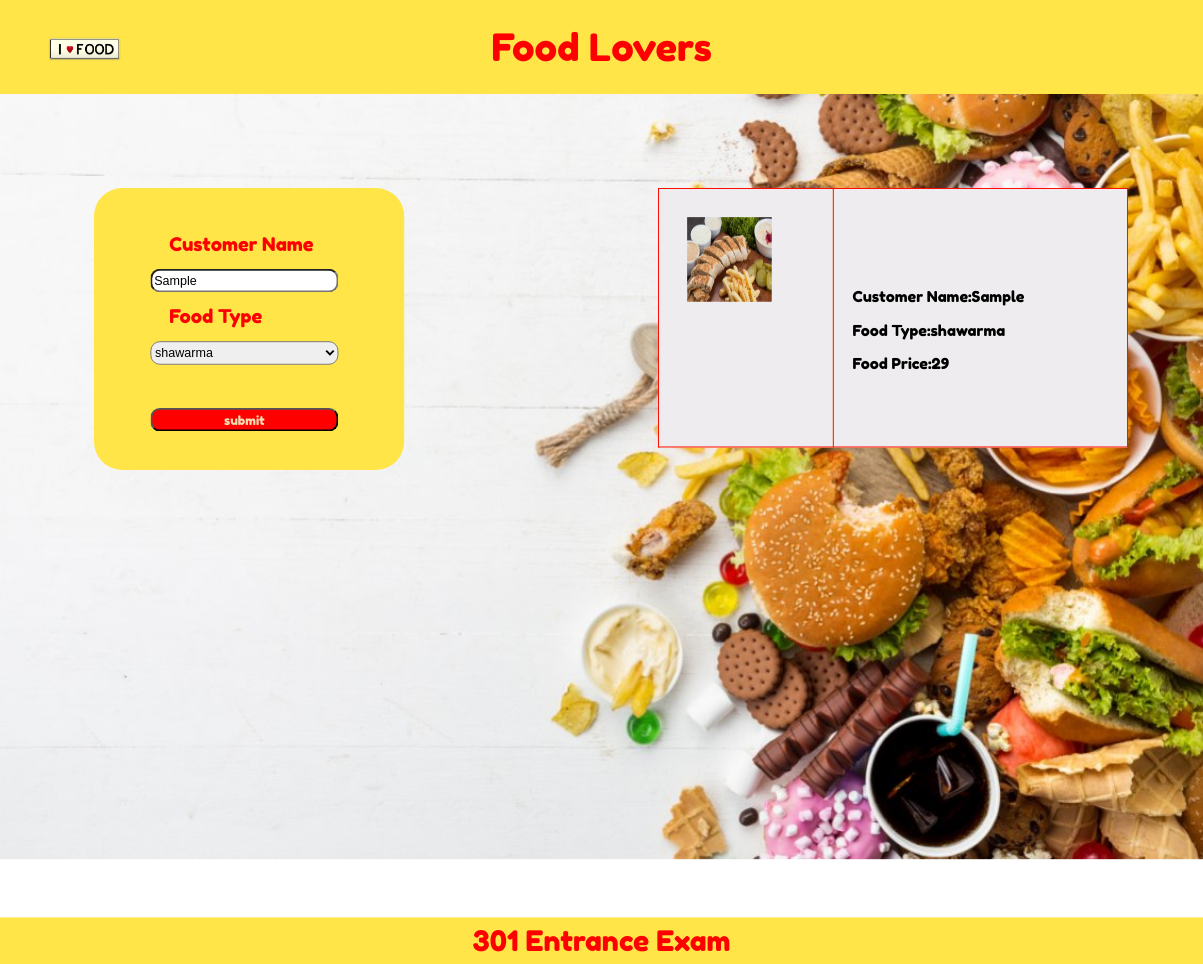
Repository: Razan-am/foodLovers
Page: index.html
The author's editor kept a copy of each file at every save. The page is drawn from the files as they stood at one save, then again after the next save.
The browser window is 1280 px wide. The pictures show the whole page, at 94% of full size.
Empty fields were first filled with sample values (such as "Sample", 5 or name@example.com).
After loading, the first visible `#myForm` was submitted once.

Above is the page before, as saved 2021-06-01 12:26:53.

### index.html
<!DOCTYPE html>
<html lang="en">

<head>
    <meta charset="UTF-8">
    <meta http-equiv="X-UA-Compatible" content="IE=edge">
    <meta name="viewport" content="width=device-width, initial-scale=1.0">
    <title>Food Lovers</title>
    <link rel="preconnect" href="https://fonts.gstatic.com">
    <link href="https://fonts.googleapis.com/css2?family=Fredoka+One&display=swap" rel="stylesheet">
    <link rel="stylesheet" href="css/reset.css">
    <link rel="stylesheet" href="css/style.css">
</head>

<body>
    <header>
        <h1>Food Lovers</h1>
        <img src="images/css images/logo.png" alt="logo">
    </header>
    <main>
        <form action="" id="myForm">
            <fieldset>
                <label for="name">Customer Name</label>
                <br/><br/>
                <input type="text" id="name" name="name">
                <br/><br/>
                <label for="food">Food Type</label>
                <br/><br/>
                <select name="food" id="food">
                    <option value="shawarma">shawarma</option>
                    <option value="pizza">pizza</option>
                    <option value="burger">burger</option>
                </select>
                <br/><br/>
                <input type="submit" value="submit">
            </fieldset>
        </form>
        <table id="myTable">
            <!-- <tr>
                <th>Order Images</th>
                <th>Order Details</th>
            </tr> -->
        </table>
        <img src="images/css images/background.jpg" alt="backGround" id="main"/>
    </main>
    <footer>
        <p>301 Entrance Exam </p>
    </footer>
    <script src="js/app.js"></script>
</body>

</html>

### css/style.css
*{
    box-sizing: border-box;
}
header{
    background-color: rgba(255, 229, 72, 255);
    height: 100px;
}
h1{
    font-family: 'Fredoka One', cursive;
    color: red;
    text-align: center;
    font-size: 40px;
    font-weight: lighter;
    padding-top: 30px;
}

header img{
    top: 2px;
    left: 30px;
    position: absolute;
    width: 120px;
    height: 100px;
}
#main{
    top: 50px;
    position: absolute;
    z-index: -1;
    width: 100%;
    height: 120%;
}
form{
    display: inline-block;
    background-color:  rgba(255, 229, 72, 255);
    margin-top: 100px;
    margin-left: 100px;
    width: 330px;
    height: 300px;
    border-radius: 30px;
}
form label{
    top: 50px;
    position: relative;
    padding-left: 80px;
    font-size: 20px;
    color: red;
    font-family: 'Fredoka One', cursive;
}
form input{
    top: 50px;
    position: relative;
    margin-left: 60px;
    width: 200px;
    height: 25px;
    border-radius: 10px;
}
form select{
    top: 50px;
    position: relative;
    margin-left: 60px;
    width: 200px;
    height: 25px;
    border-radius: 10px;
    margin-bottom: 30px;
}
form input:last-of-type{
    background-color: red;
    color: wheat;
    font-family: 'Fredoka One', cursive;
}
table{
    background-color: rgba(255, 229, 72, 255) ;
    top: -300px;
    position: relative;
    margin-left: 700px;
    width: 500px;
    /* border-radius: 10px; */

}
table th{

    margin-top: 20px;
    margin-left: 30px;
    border: 1px solid red;
    font-size: 20px;
    text-align: center;

}
table td{

    border: 1px solid red;
    padding-bottom: 80px;
    background-color: rgb(238, 236, 238);
}
table img{
    width: 90px;
    height: 90px;
    z-index: 1;
    margin-top: 30px;
    margin-left: 30px;

}
table p{
    color: black;
    font-family: 'Fredoka One', cursive;
    margin-top:20px;
    margin-left: 20px;
}
footer{
    background-color: rgba(255, 229, 72, 255);
    height: 50px;
    margin-top: 200px;
}
footer p{
    text-align: center;
    color: red;
    font-size: 30px;
    padding-top: 10px;
    font-family: 'Fredoka One', cursive;
}

### js/app.js
'use strict';

let myForm = document.getElementById('myForm');
let myTable = document.getElementById('myTable');


let mainArr = [];
function Foods(userName,foodType){
    this.userName=userName;
    this.foodType=foodType;
    this.img=`images/${foodType}.jpg`
    mainArr.push(this);
}
console.log(mainArr);

myForm.addEventListener('submit',handleEvent);
function handleEvent(event){
    event.preventDefault();

    let userName = event.target.name.value;
    let foodType = event.target.food.value;
    console.log(foodType);
    new Foods(userName,foodType);
    setting();
    render();

}

function randomNumber(min,max){
    min = Math.ceil(min);
    max = Math.floor(max);
    return Math.floor(Math.random() * (max - min) + min)
}

function render(){

    for (let index = 0; index < mainArr.length; index++) {
        let tBody = document.createElement('tr');
        myTable.appendChild(tBody);

        tBody.textContent='';

        let td1 = document.createElement('td');
        tBody.appendChild(td1);

        let imgEl = document.createElement('img');
        td1.appendChild(imgEl);
        imgEl.setAttribute('src', mainArr[index].img);

        let td2 = document.createElement('td');
        tBody.appendChild(td2);

        let pEl1 = document.createElement('p');
        td2.appendChild(pEl1);
        pEl1.textContent=`Customer Name:${mainArr[index].userName}`;
        let pEl2 = document.createElement('p');
        td2.appendChild(pEl2);
        pEl2.textContent=`Food Type:${mainArr[index].foodType}`;
        let pEl3 = document.createElement('p');
        td2.appendChild(pEl3);
        pEl3.textContent=`Food Price:${randomNumber(1,100)}`;
    }

}

function setting(){
    let data = JSON.stringify(mainArr);
    localStorage.setItem('information',data);
}

function getting(){
    let stringObj = localStorage.getItem('information');
    let normalObj = JSON.parse(stringObj);
    console.log(stringObj);
    console.log(normalObj);
    if(normalObj !== null){
        mainArr = normalObj;
    }
    console.log(mainArr);
    render();
}
getting();

Loaded but not shown: css/reset.css (common file)

After the next save:
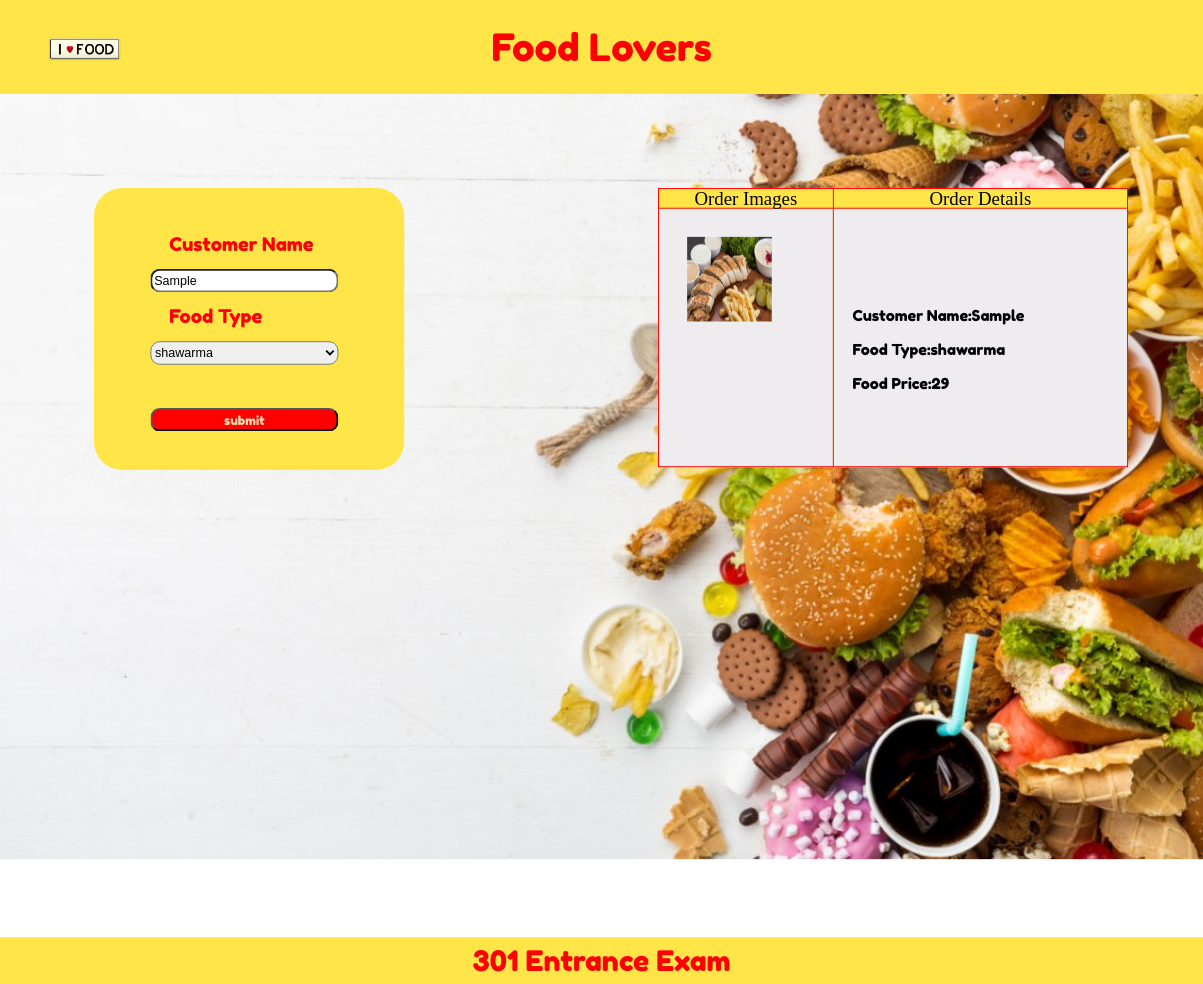
Saved 13 s later.
--- a/js/app.js
+++ b/js/app.js
@@ -31,10 +31,20 @@ function randomNumber(min,max){
     max = Math.floor(max);
     return Math.floor(Math.random() * (max - min) + min)
 }
+let tHeader = document.createElement('tr');
+myTable.appendChild(tHeader);
 
 function render(){
 
     for (let index = 0; index < mainArr.length; index++) {
+        let th1 = document.createElement('th');
+        tHeader.appendChild(th1);
+        th1.textContent=`Order Images`;
+
+        let th2 = document.createElement('th');
+        tHeader.appendChild(th2);
+        th2.textContent=`Order Details`;
+
         let tBody = document.createElement('tr');
         myTable.appendChild(tBody);
 
